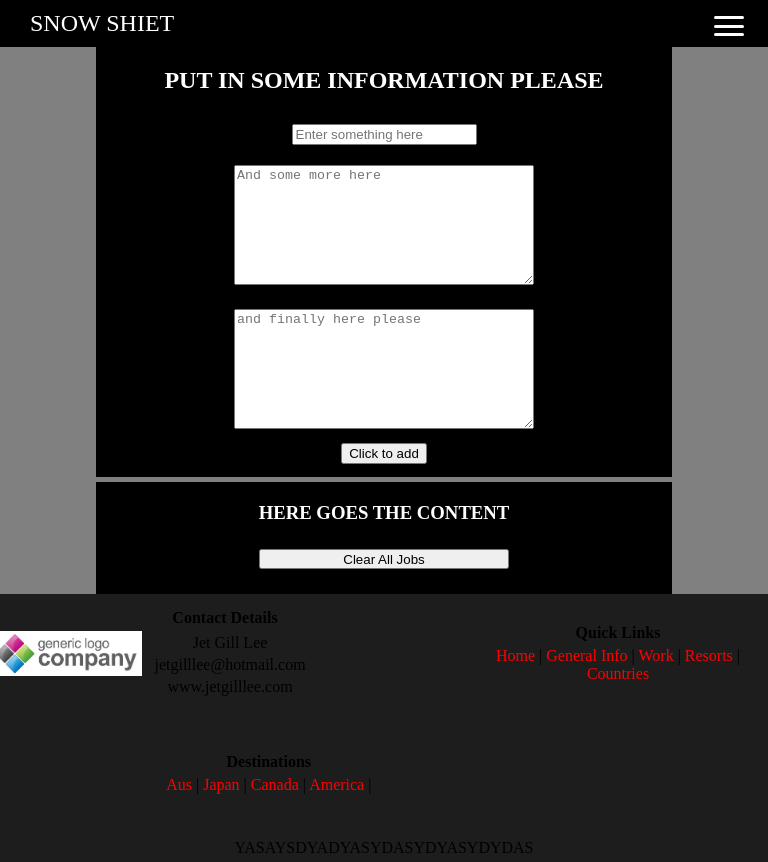
Repository: Jet-Gill-Lee/SnowSite
Page: submit-stuff.html
An editor plug-in stored every save of this project. The page is shown before and after the next save, followed by the edit.
The browser window is 768 px wide. The pictures show the whole page.

Above is the page before, as saved 2021-07-24 23:36:56.
Console error: TypeError: Cannot read properties of null (reading 'addEventListener')

After the next save:
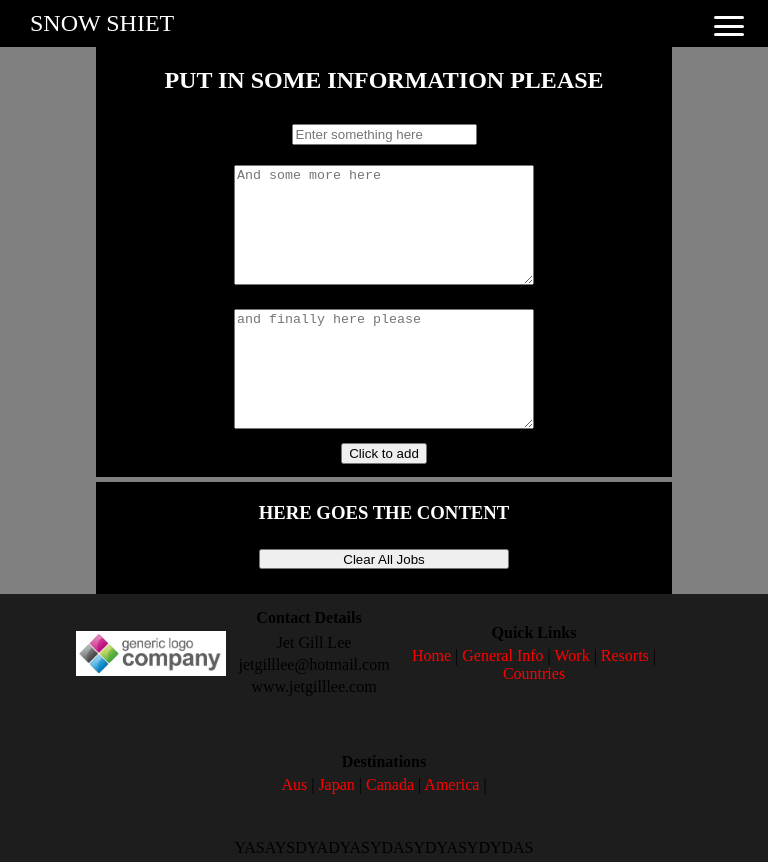
Saved 15 s later.
--- a/css/stylesheet.css
+++ b/css/stylesheet.css
@@ -164,7 +164,7 @@ body {
     z-index: 10;
   }
   .footer-flex-container{
-    align-items: center;
+    justify-content: center;
   }
 }
 @media (max-width: 400px) {
